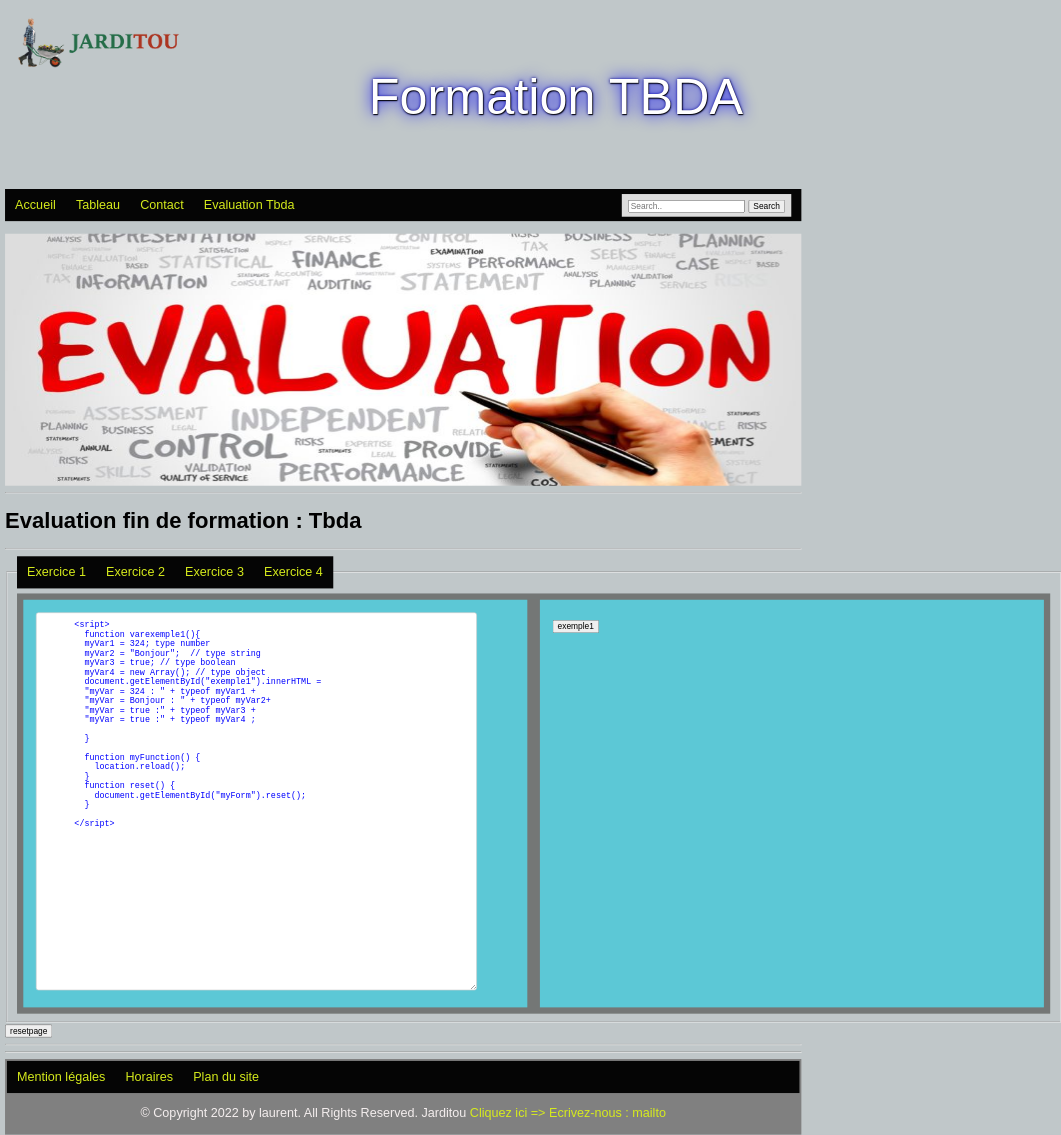
Repository: laurentbul/jarditou
Page: javascript/EvaluationTbda/evaluation_tbda.html
The author's editor kept a copy of each file at every save. The page is drawn from the files as they stood at one save, then again after the next save.
The browser window is 1280 px wide. The page is 1684 px wide, so the pictures cover 1684 px, including what lies to the right of the window. The pictures show the whole page, at 63% of full size.

Above is the page before, as saved 2022-12-15 03:41:39.

After the next save:
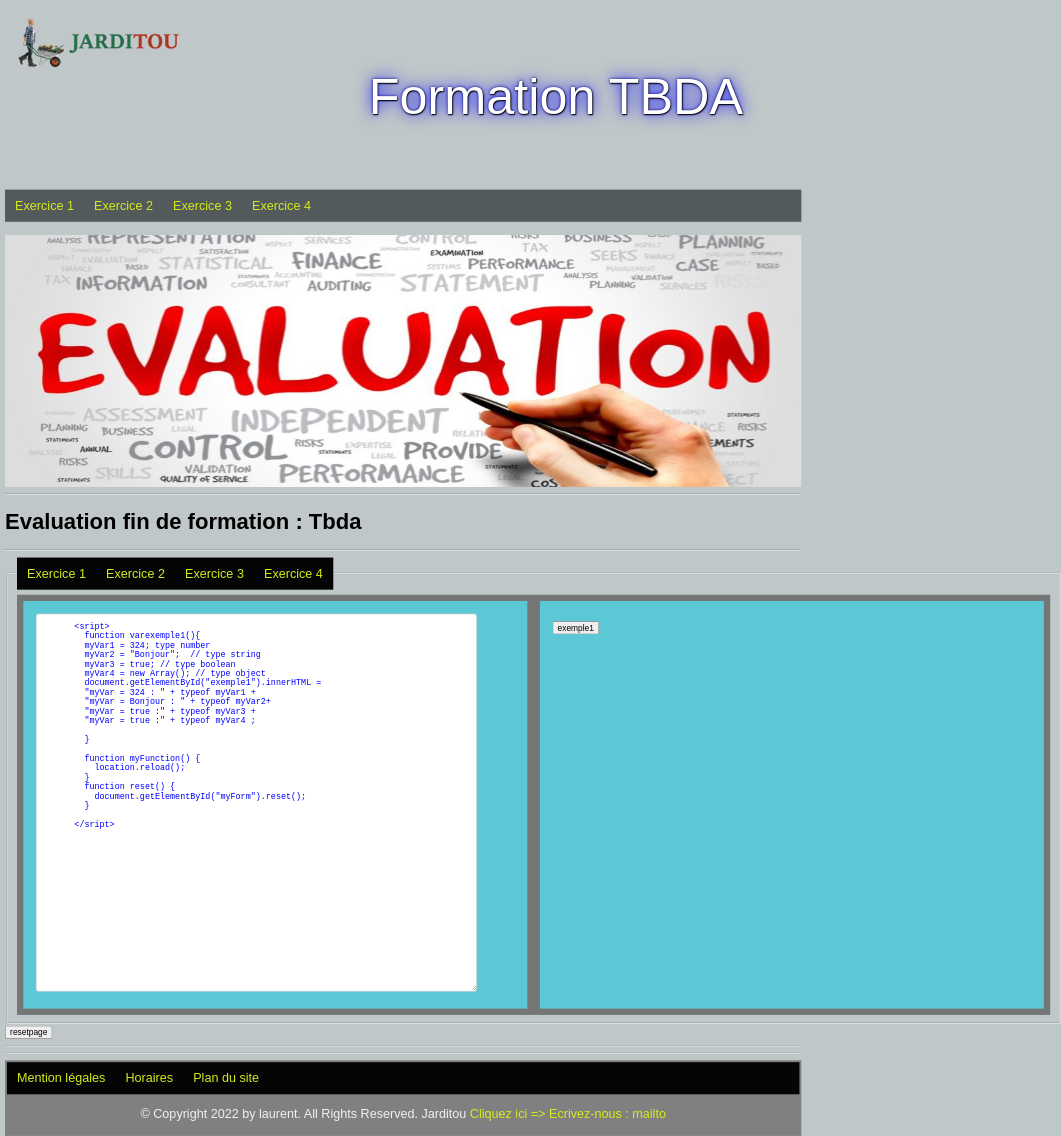
Saved 2 min 0 s later.
--- a/javascript/EvaluationTbda/evaluation_tbda.html
+++ b/javascript/EvaluationTbda/evaluation_tbda.html
@@ -33,19 +33,12 @@
       <p class="slogan">Formation TBDA </p>
     </div>
   </div>
-  <nav>
-    <ul>
-      <li><a href="../index.html">Accueil</a></li>
-      <li><a href="../table.html">Tableau</a></li>
-      <li><a href="../contact.html">Contact</a></li>
-      <li><a href="evaluation_tbda.html">Evaluation Tbda</a></li>
-      <li class="search-container">
-        <div>
-          <form action="/action_page.php">
-            <input type="text" class="searchinput" placeholder="Search.." name="search" />
-            <button type="submit">Search</button>
-          </form>
-        </div>
+  <nav style="padding:1px 0; font-size:20px;">
+    <ul style="background-color: #525a5b;">
+      <li><a href="eval_ex1.html">Exercice 1 </a></li>
+      <li><a href="eval_ex2.html">Exercice 2 </a></li>
+      <li><a href="eval_ex3.html">Exercice 3</a></li>
+      <li><a href="eval_ex4.html">Exercice 4</a></li>
       </li>
     </ul>
   </nav>

After the save that followed:
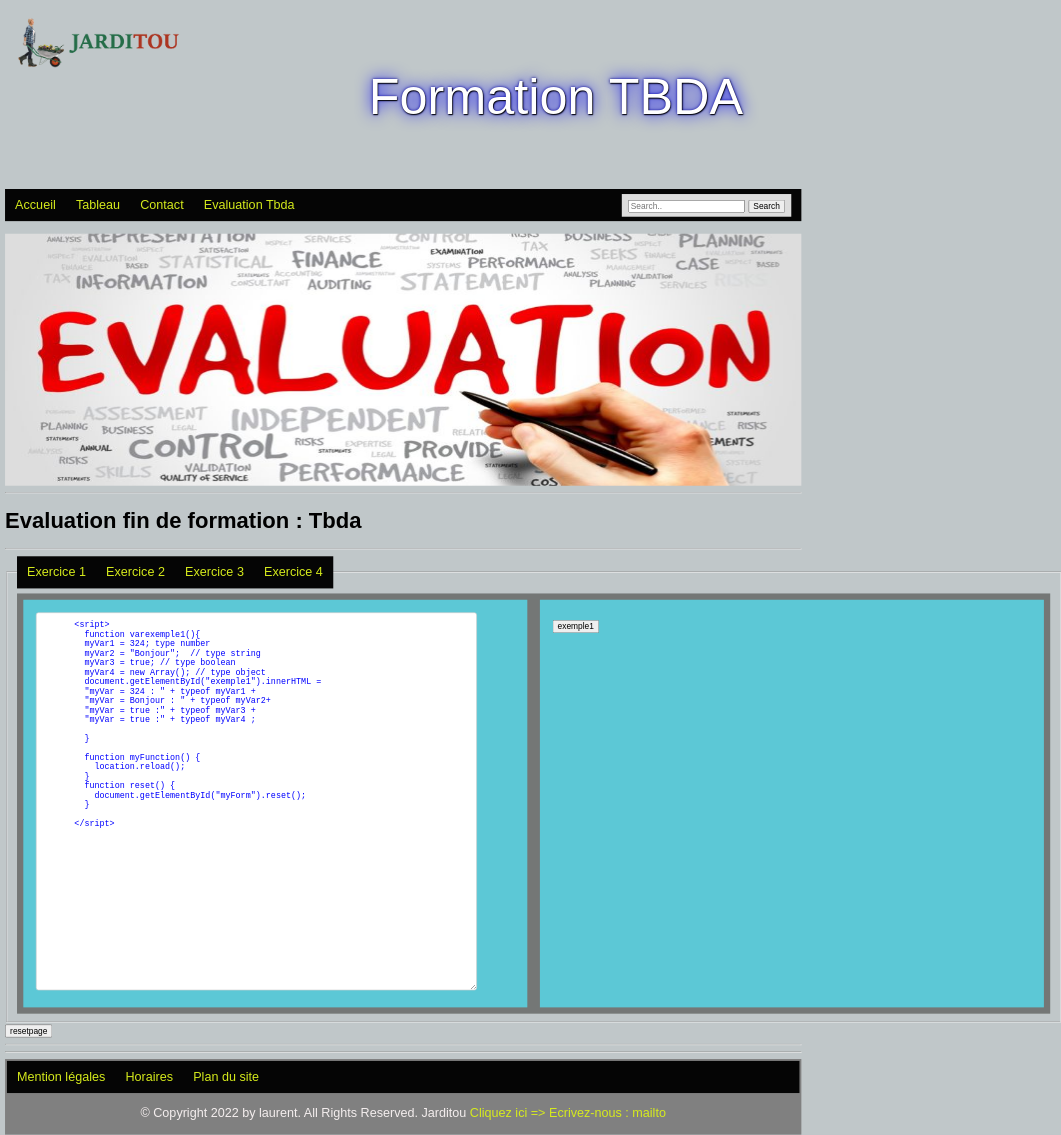
Saved 18 s later.
--- a/javascript/EvaluationTbda/evaluation_tbda.html
+++ b/javascript/EvaluationTbda/evaluation_tbda.html
@@ -33,12 +33,19 @@
       <p class="slogan">Formation TBDA </p>
     </div>
   </div>
-  <nav style="padding:1px 0; font-size:20px;">
-    <ul style="background-color: #525a5b;">
-      <li><a href="eval_ex1.html">Exercice 1 </a></li>
-      <li><a href="eval_ex2.html">Exercice 2 </a></li>
-      <li><a href="eval_ex3.html">Exercice 3</a></li>
-      <li><a href="eval_ex4.html">Exercice 4</a></li>
+  <nav>
+    <ul>
+      <li><a href="../index.html">Accueil</a></li>
+      <li><a href="../table.html">Tableau</a></li>
+      <li><a href="../contact.html">Contact</a></li>
+      <li><a href="evaluation_tbda.html">Evaluation Tbda</a></li>
+      <li class="search-container">
+        <div>
+          <form action="/action_page.php">
+            <input type="text" class="searchinput" placeholder="Search.." name="search" />
+            <button type="submit">Search</button>
+          </form>
+        </div>
       </li>
     </ul>
   </nav>
